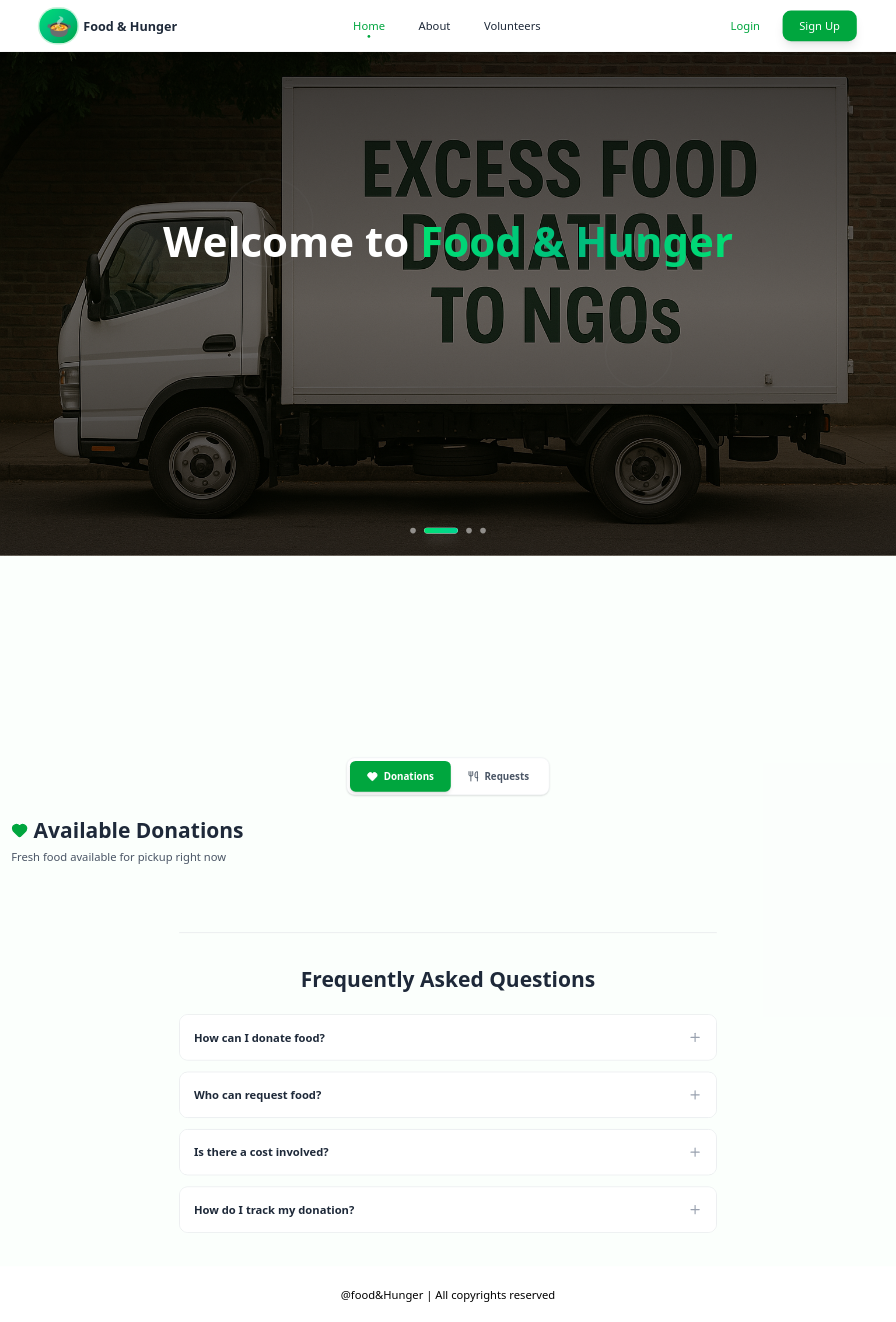
Repository: samarthsaxena2004/foodAndHunger
Page: / (app in frontend/)
The author's editor kept a copy of each file at every save. The page is drawn from the files as they stood at one save, then again after the next save.
The browser window is 1280 px wide. The pictures show the whole page, at 70% of full size.
The page's requests for data from a server got no answer. The project was rebuilt for these pictures with package versions that can differ from the ones it lists, and the page was loaded fresh each time. No one was signed in, and anything a server would have sent is missing. Also part of the build but not shown: frontend/vite.config.js, frontend/src/Components/utils/RegistrationModal.jsx, frontend/src/Components/utils/AuthModal.jsx, frontend/src/Components/donor/DonationForm.jsx, frontend/src/Components/donor/DonationList.jsx, frontend/src/Components/donor/RequestFeed.jsx, frontend/src/Components/donor/DonorProfile.jsx, frontend/src/pages/donor/DDashboard.jsx and 15 more. Imported but missing from the stored project, and not drawn on this page: frontend/src/pages/volunteer/VolunteerDetail.

Above is the page before, as saved 2025-11-27 22:01:07.

After the next save:
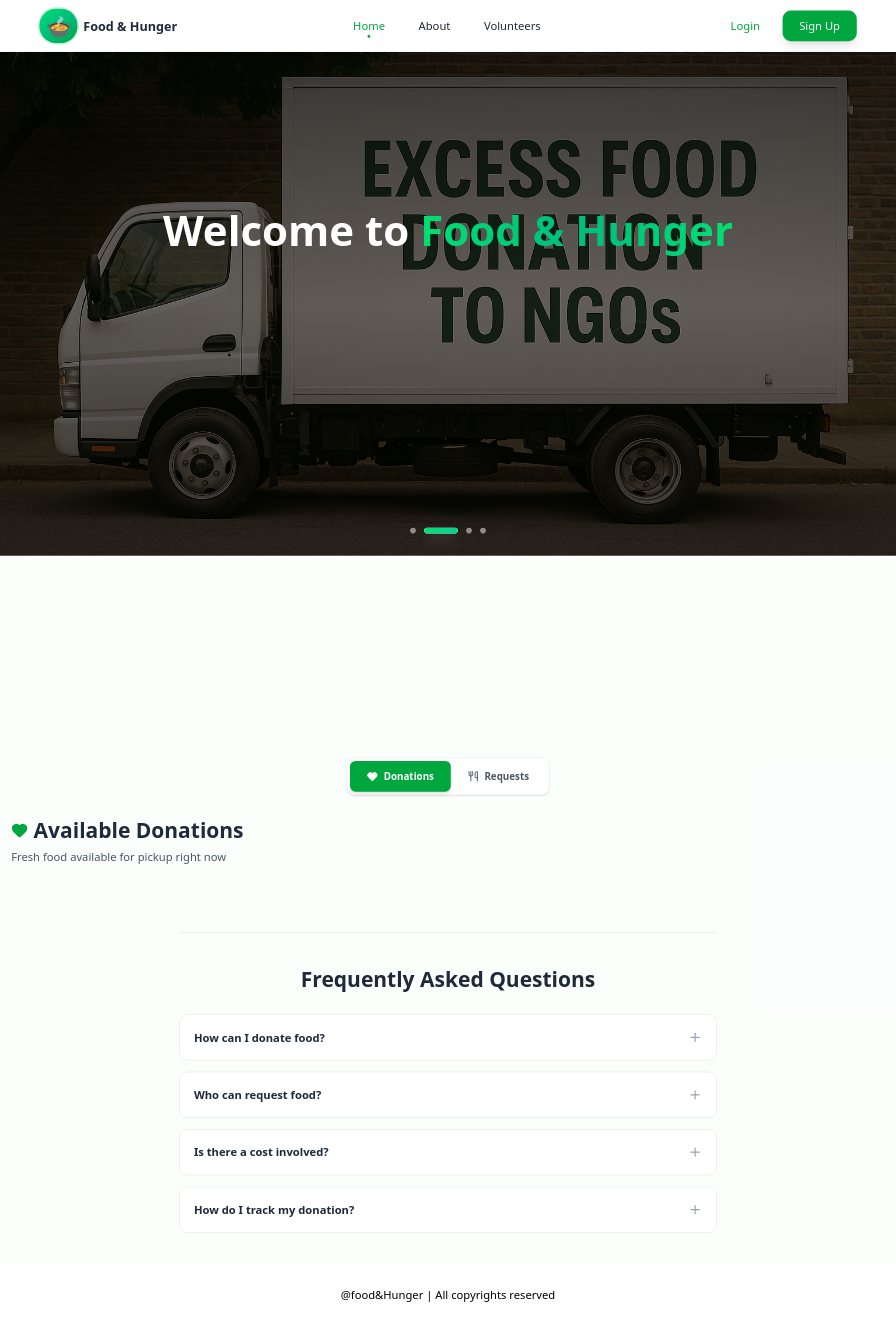
Saved 4 s later.
--- a/frontend/src/Components/utils/HomePageCrousel.jsx
+++ b/frontend/src/Components/utils/HomePageCrousel.jsx
@@ -56,8 +56,8 @@
                     </h1>
                     <p className="text-xl md:text-2xl mb-6 font-light animate-slide-up opacity-0" style={{ animationDelay: '0.3s', animationFillMode: 'forwards' }}>
 
-                       Food & Hunger is a platform where NGOs or individuals can request or donate food.
-It connects food donors with nearby needy organizations, helping reduce food waste and support hunger relief.
+                        FoodAndHunger connects restaurants, shops, and households with nearby NGOs to donate surplus food using a smart, location-based platform.
+                        It reduces food waste while ensuring fresh meals reach people in need quickly and safely.
                     </p>
                     <div className="flex flex-col sm:flex-row gap-4 justify-center items-center animate-slide-up opacity-0" style={{ animationDelay: '0.6s', animationFillMode: 'forwards' }}>
                         <button className="cursor-pointer relative overflow-hidden px-8 py-3 rounded-xl font-semibold shadow-lg transform transition-all duration-300 hover:scale-105 group">

After the save that followed:
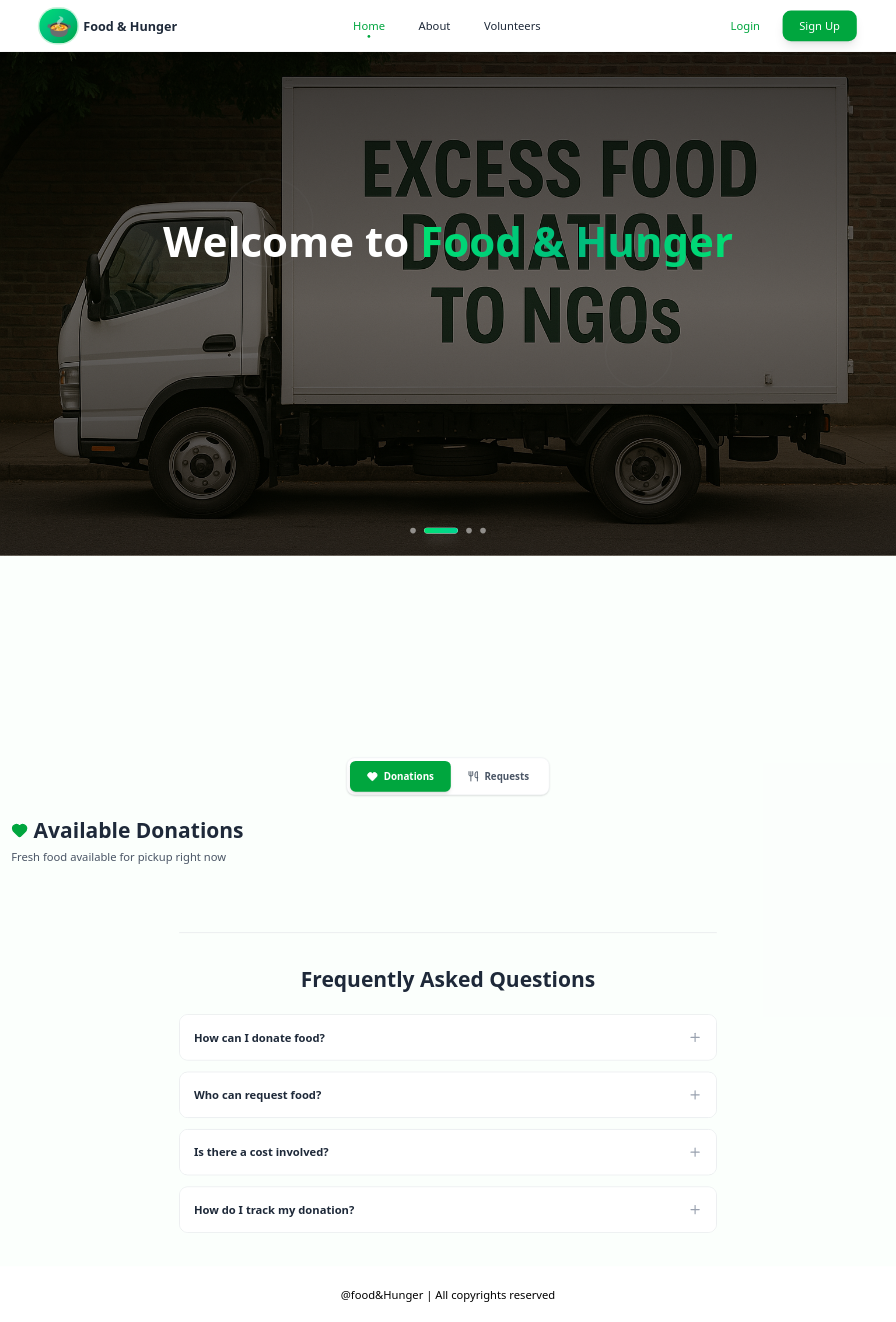
Saved 13 s later.
--- a/frontend/src/Components/utils/HomePageCrousel.jsx
+++ b/frontend/src/Components/utils/HomePageCrousel.jsx
@@ -56,8 +56,8 @@
                     </h1>
                     <p className="text-xl md:text-2xl mb-6 font-light animate-slide-up opacity-0" style={{ animationDelay: '0.3s', animationFillMode: 'forwards' }}>
 
-                        FoodAndHunger connects restaurants, shops, and households with nearby NGOs to donate surplus food using a smart, location-based platform.
-                        It reduces food waste while ensuring fresh meals reach people in need quickly and safely.
+                        Food & Hunger is a platform where NGOs or individuals can request or donate food.
+                        It connects food donors with nearby needy organizations, helping reduce food waste and support hunger relief.
                     </p>
                     <div className="flex flex-col sm:flex-row gap-4 justify-center items-center animate-slide-up opacity-0" style={{ animationDelay: '0.6s', animationFillMode: 'forwards' }}>
                         <button className="cursor-pointer relative overflow-hidden px-8 py-3 rounded-xl font-semibold shadow-lg transform transition-all duration-300 hover:scale-105 group">
